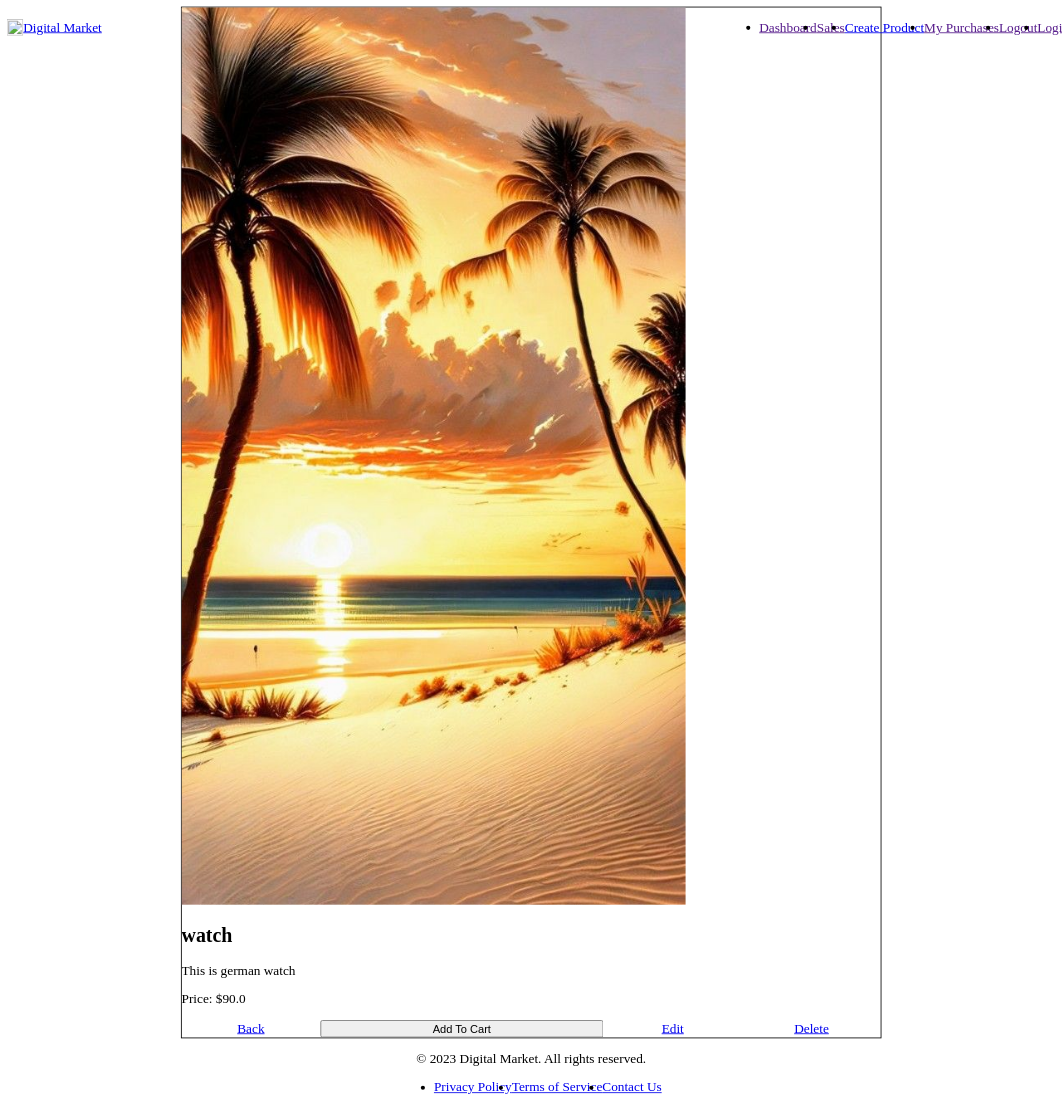
Repository: Zedestar/DigitalMarket_django
Page: http://localhost/product_details/5/
The author's editor kept a copy of each file at every save. The page is drawn from the files as they stood at one save, then again after the next save.
The browser window is 1280 px wide. The pictures show the whole page, at 83% of full size.
The page is served by the project's application, run on Django 5.2 (manage.py). Style sheets and scripts are compiled from the project's sources, by tool versions that may differ from the author's. The page reads the database file committed with the project.

Above is the page before, as saved 2025-03-28 11:34:18.

After the next save:
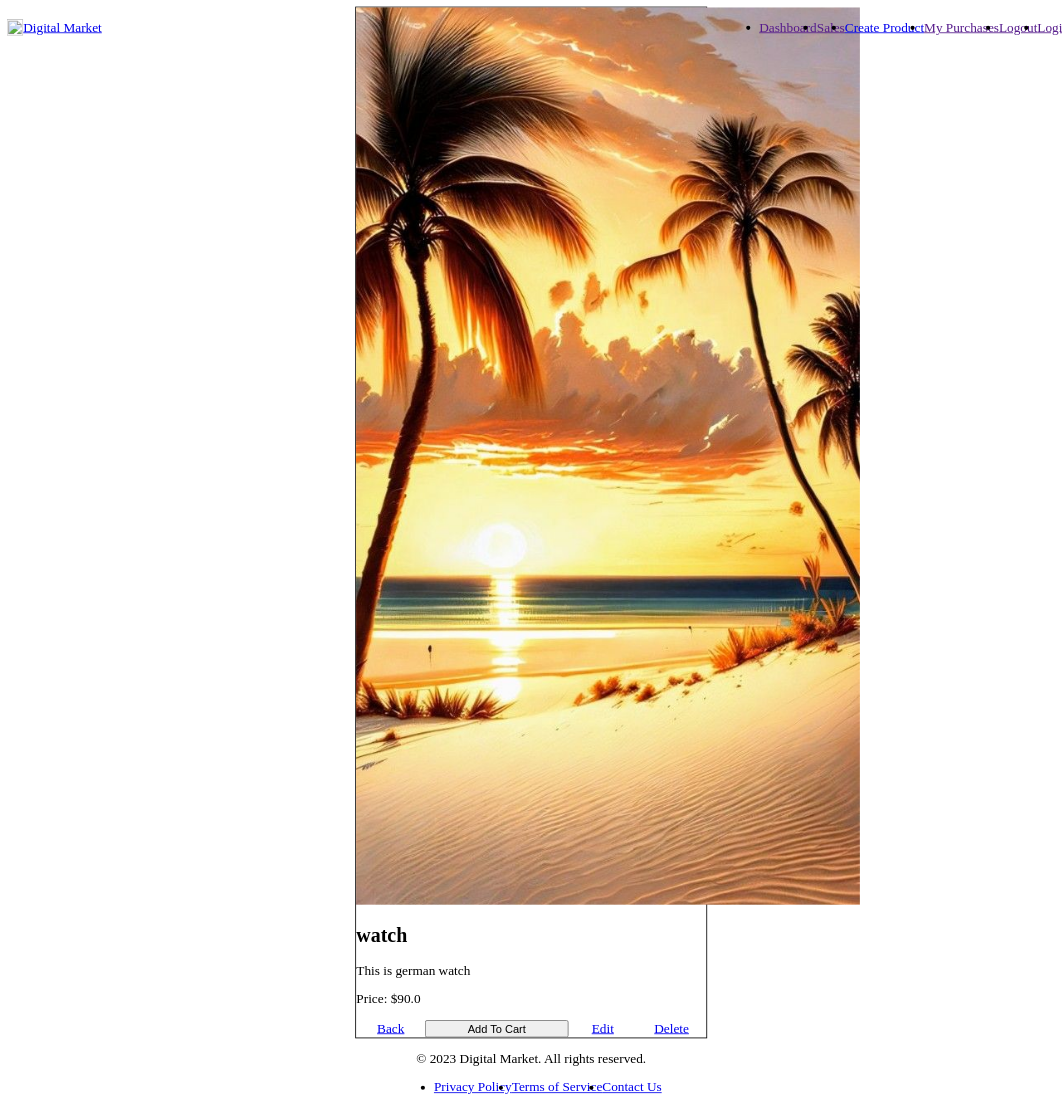
Saved 12 s later.
--- a/myapp/templates/myapp/product_details.html
+++ b/myapp/templates/myapp/product_details.html
@@ -1,7 +1,7 @@
 {% extends 'base.html' %}
 {% block body %}
     <div class="shadow-lg flex items-center justify-center min-h-screen w-full">
-        <div class="shadow-lg hover:shadow-2xl w-2/3 border border-gray-200 rounded-sm mx-auto">
+        <div class="shadow-lg hover:shadow-2xl w-1/3 border border-gray-200 rounded-sm mx-auto">
             <!-- Image Section (Fixed Height) -->
             <div class="w-72 h-72 bg-gray-100">
                 <img src="{{ product.photo.url }}"
